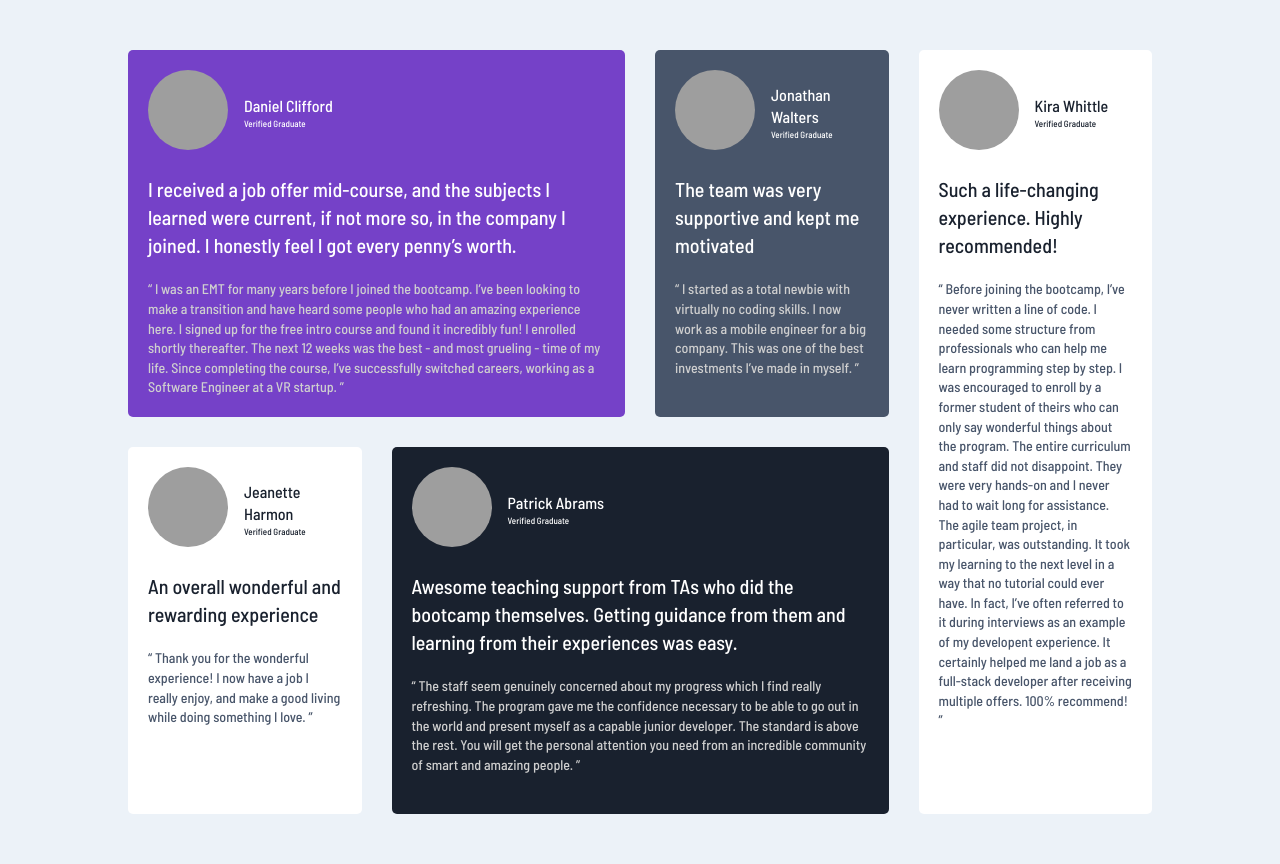
Repository: nptg3105/lab02-testimonials-grid
Page: index.html
The author's editor kept a copy of each file at every save. The page is drawn from the files as they stood at one save, then again after the next save.
The browser window is 1280 px wide. The pictures show the whole page.
Pictures or frames that could not be fetched are drawn as grey boxes. The style sheet was rebuilt from its Sass, Less or Tailwind sources for each picture, by a compiler version that may differ from the author's.

Above is the page before, as saved 2021-12-08 22:11:10.

After the next save:
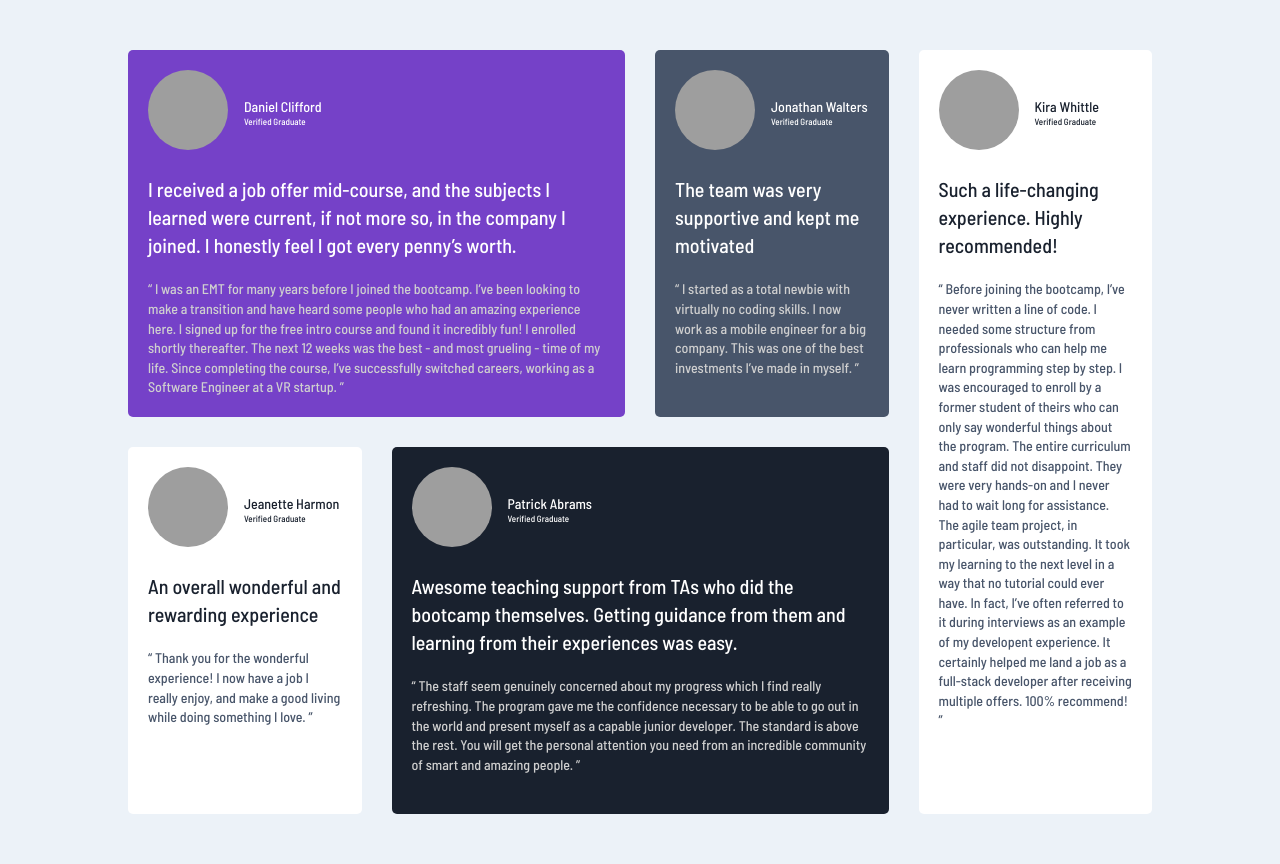
Saved 3 min 24 s later.
--- a/style.scss
+++ b/style.scss
@@ -107,6 +107,10 @@ body {
         }
     }
 
+    &__name--name {
+        font-size: 14px;
+    }
+
     &__name--status {
         font-size: 9px;
     }
